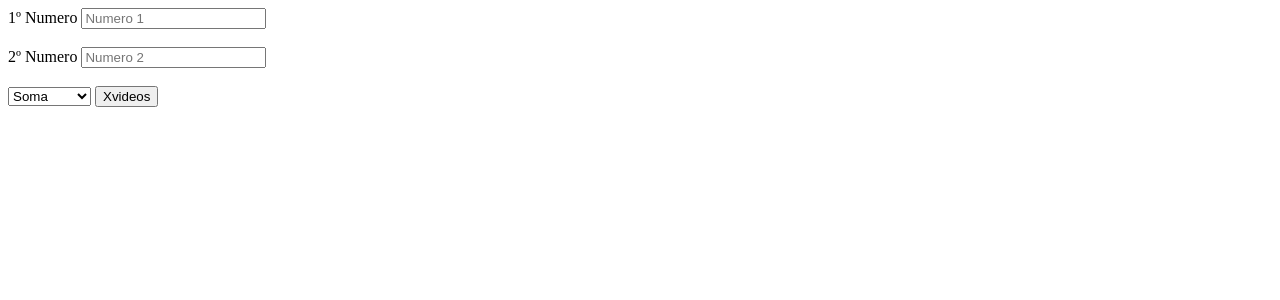
Repository: Deivisoons/spring
Page: http://localhost/Projeto_JSP/FormularioTeste.jsp
An editor plug-in stored every save of this project. The page is shown before and after the next save, followed by the edit.
The browser window is 1280 px wide. The pictures show the whole page.
The page is served by Tomcat 9.

Above is the page before, as saved 2020-02-08 18:00:09.

After the next save:
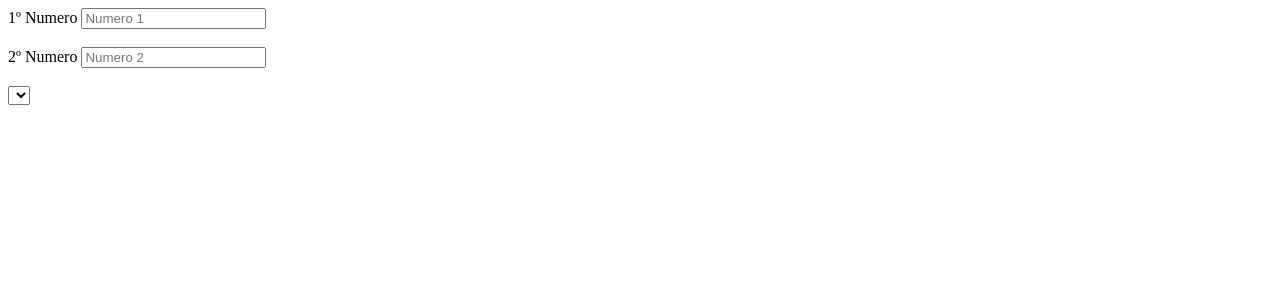
Saved 54 s later.
--- a/Projeto JSP/WebContent/FormularioTeste.jsp
+++ b/Projeto JSP/WebContent/FormularioTeste.jsp
@@ -15,7 +15,7 @@
 <label>2º Numero</label>
 <input type="number" name="numero2" size="30" placeholder="Numero 2">
 <br><br>
-<select>
+<select name="operacao>
 	<option>Soma</option>
 	<option>Subtração</option>
 	<option>Dividir</option>

After the save that followed:
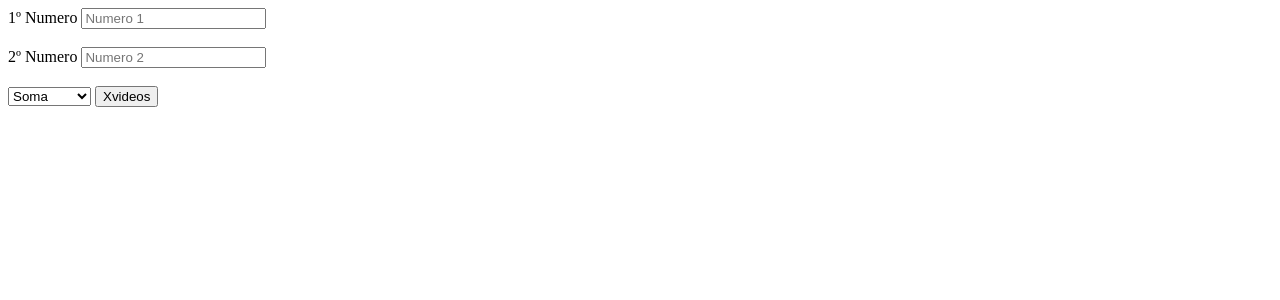
Saved 4 s later.
--- a/Projeto JSP/WebContent/FormularioTeste.jsp
+++ b/Projeto JSP/WebContent/FormularioTeste.jsp
@@ -15,7 +15,7 @@
 <label>2º Numero</label>
 <input type="number" name="numero2" size="30" placeholder="Numero 2">
 <br><br>
-<select name="operacao>
+<select name="operacao">
 	<option>Soma</option>
 	<option>Subtração</option>
 	<option>Dividir</option>
